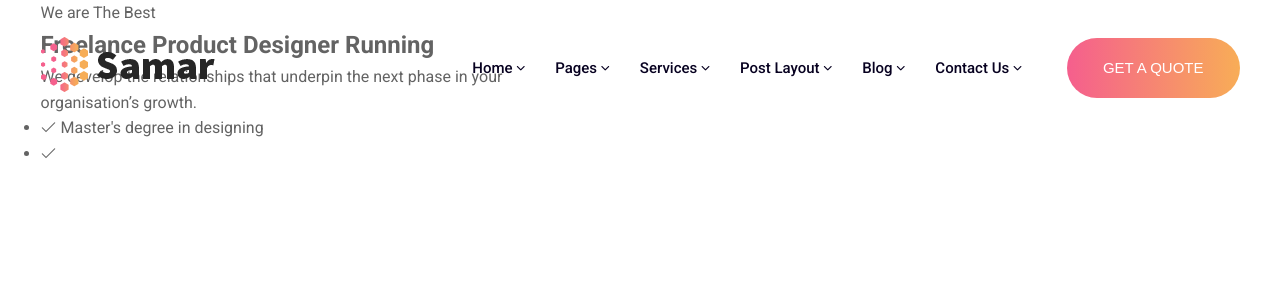
Repository: ducdatit2002/samar
Page: index.html
The author's editor kept a copy of each file at every save. The page is drawn from the files as they stood at one save, then again after the next save.
The browser window is 1280 px wide. The pictures show the whole page.

Above is the page before, as saved 2023-07-26 23:27:32.

After the next save:
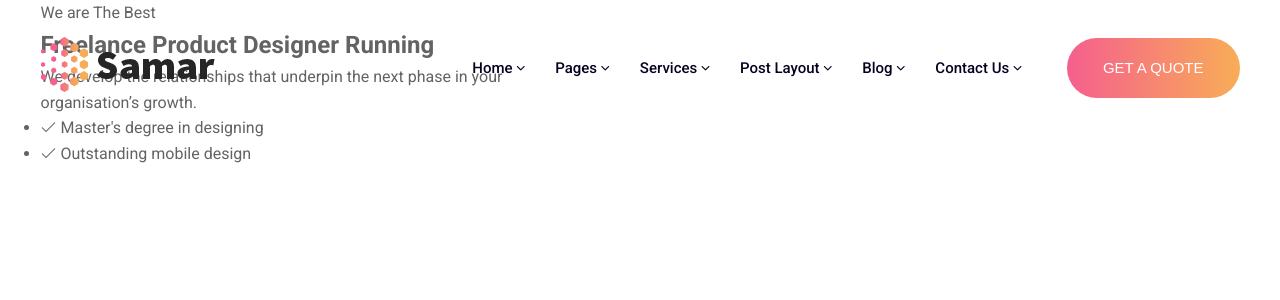
Saved 6 s later.
--- a/index.html
+++ b/index.html
@@ -107,6 +107,7 @@
                 </li>
                 <li>
                   <i class="las la-check"></i>
+                  Outstanding mobile design
                 </li>
               </ul>
             </div>
